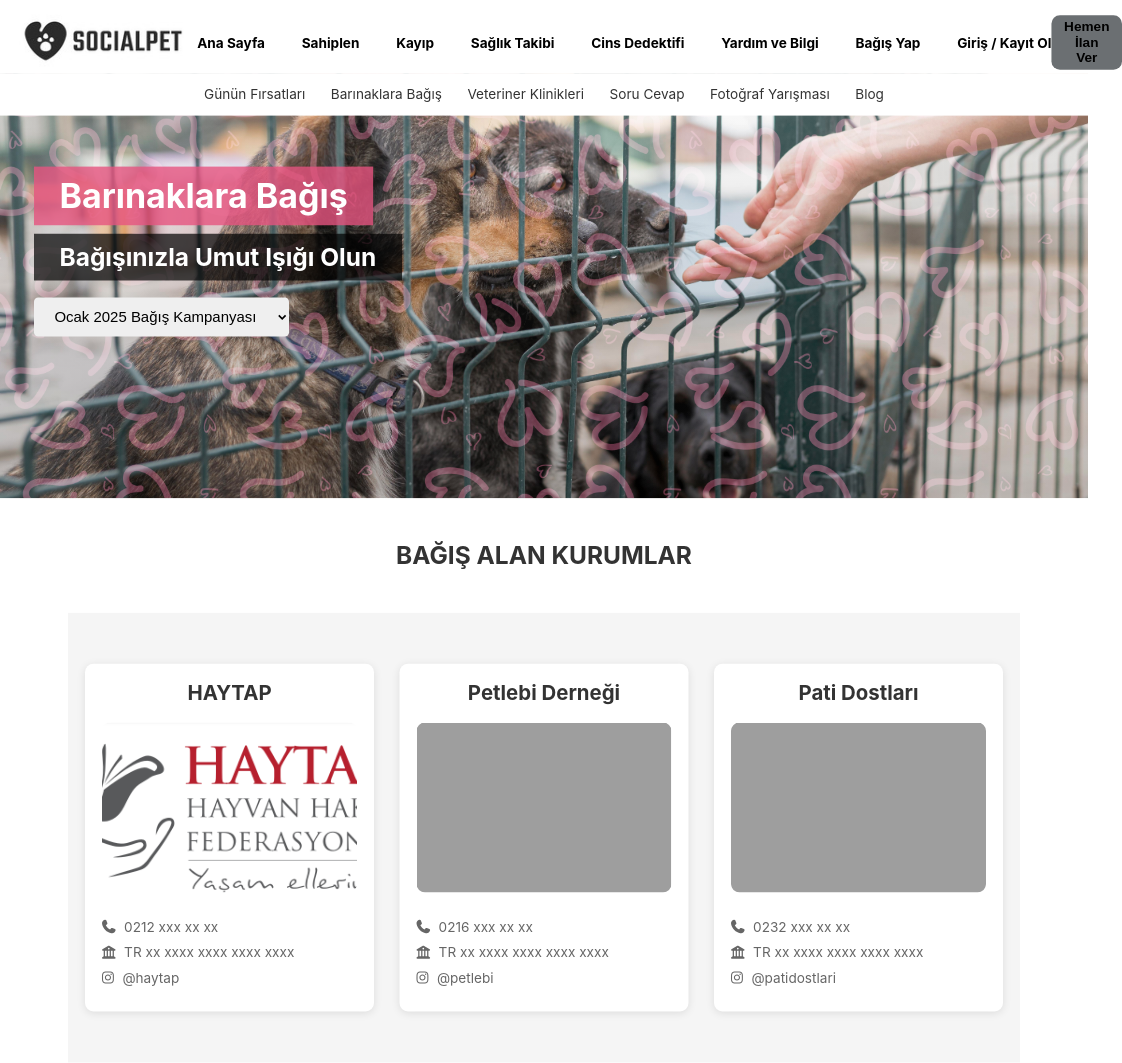
Repository: utkucaa/socialpet-frontend
Page: /donate (app in petweb/petweb/)
These files come from the project's save history. The page is drawn as it stood at one moment and after a run of saves; the edit follows.
The browser window is 1280 px wide. The page is 1320 px wide, so the pictures cover 1320 px, including what lies to the right of the window. The pictures show the whole page, at 85% of full size.
Pictures or frames that could not be fetched are drawn as grey boxes. The project was rebuilt for these pictures with package versions that can differ from the ones it lists, and the page was loaded fresh each time. Also part of the build but not shown: petweb/petweb/src/Components/Login/Login.jsx, petweb/petweb/src/Components/Intro/Intro.css, petweb/petweb/src/Components/Intro/Intro.jsx, petweb/petweb/src/Components/Register/Register.jsx, petweb/petweb/src/Components/Profile/ProfilePage.jsx, petweb/petweb/src/Components/Adoption/Header.css, petweb/petweb/src/Components/Adoption/Header.jsx, petweb/petweb/src/Components/Adoption/Stats.css and 30 more. Imported but missing from the stored project, and not drawn on this page: petweb/petweb/src/Components/AdoptionSteps.

Above is the page before, as saved 2025-01-09 22:08:31.

After the next 3 saves:
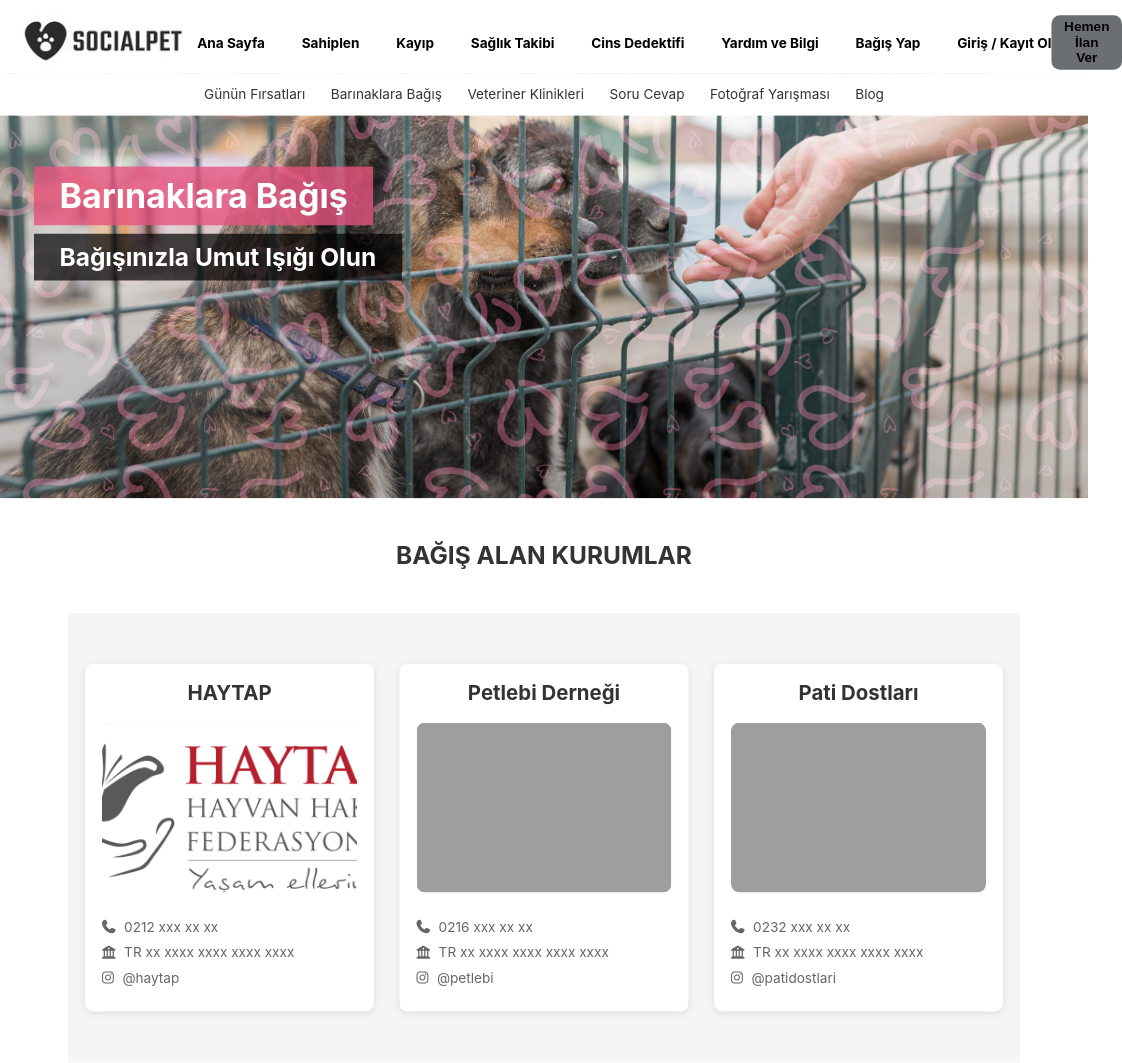
The 3 saves are shown as one change because they came seconds apart.
The last was saved 17 s later.
--- a/petweb/petweb/src/Components/Donate/Donate.jsx
+++ b/petweb/petweb/src/Components/Donate/Donate.jsx
@@ -51,9 +51,7 @@
             <h2>Bağışınızla Umut Işığı Olun</h2>
           </div>
           <div className="select-container">
-            <select>
-              <option>Ocak 2025 Bağış Kampanyası</option>
-            </select>
+
           </div>
         </div>
       </div>
